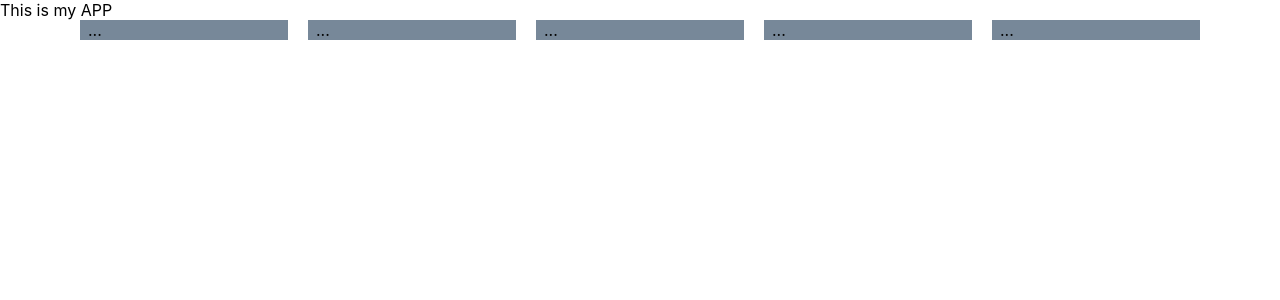
Repository: vnevescode/ui-components-react
Page: /
These files come from the project's save history. The page is drawn as it stood at one moment and after the next save; the edit follows.
The browser window is 1280 px wide. The pictures show the whole page.
The project was rebuilt for these pictures with package versions that can differ from the ones it lists, and the page was loaded fresh each time.

Above is the page before, as saved 2022-06-09 22:19:33.

After the next save:
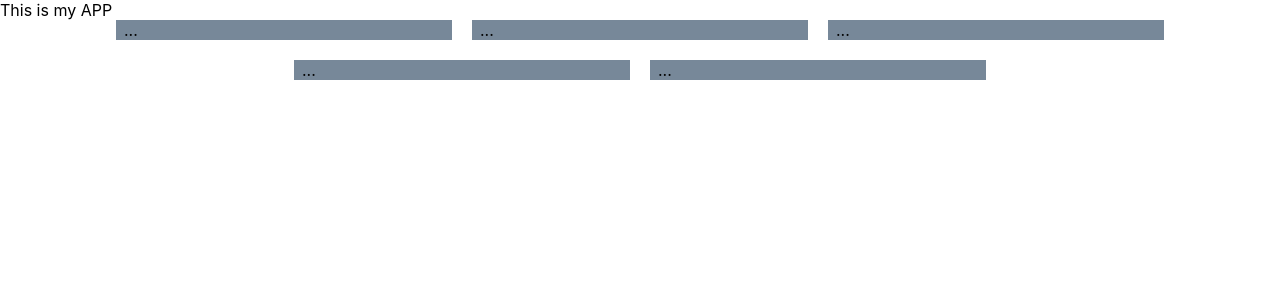
Saved 16 s later.
--- a/src/components/Cards/Cards.style.css
+++ b/src/components/Cards/Cards.style.css
@@ -11,7 +11,7 @@
 .cards__item{
     /* width: 50px;
     height: 50px; */
-    flex-basis: 15%;
+    flex-basis: 25%;
     padding-left: 8px;
     padding-right: 8px;
     background-color: lightslategray;
